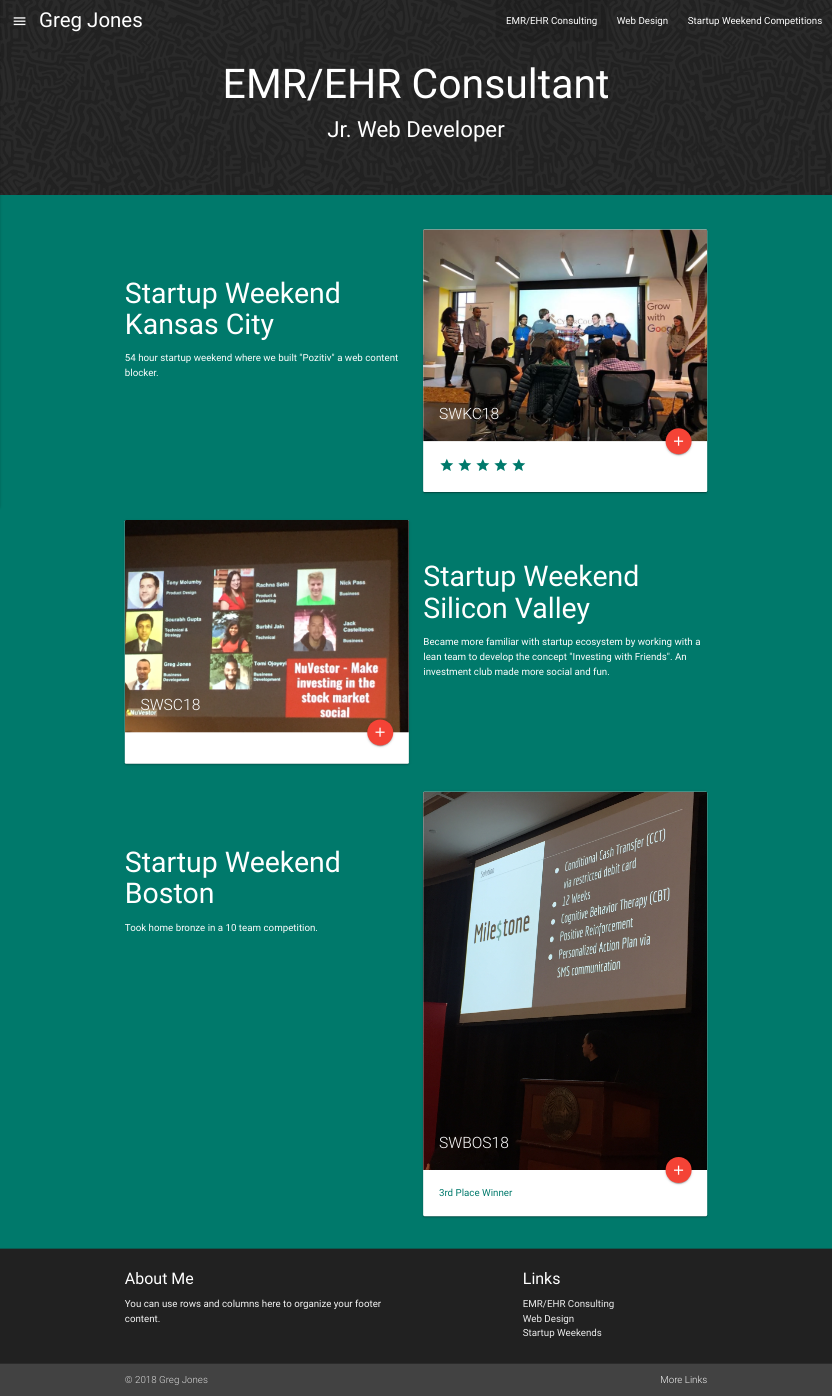
Repository: Greg919617/Existing-Portfolio
Page: sw.html
An editor plug-in stored every save of this project. The page is shown before and after the next save, followed by the edit.
The browser window is 1280 px wide. The pictures show the whole page, at 65% of full size.
Some web libraries are served in a nearby version.

Above is the page before, as saved 2018-06-26 18:15:39.

### sw.html
<!DOCTYPE html>
<html>

<head>
  <!--Import Google Icon Font-->
  <link href="https://fonts.googleapis.com/icon?family=Material+Icons" rel="stylesheet">
  <!--Import materialize.css-->
  <link type="text/css" rel="stylesheet" href="css/materialize.min.css" media="screen,projection" />
  <link type="text/css" rel="stylesheet" href="css/main.css" />

  <!--Let browser know website is optimized for mobile-->
  <meta name="viewport" content="width=device-width, initial-scale=1.0" />
  <title>Galappear</title>
</head>

<body>
  <!-- Header -->
  <header class="main-header">
    <nav class="transparent nav-wrapper z-depth-0">
      <div class="nav-wrapper">
        <a href="#" data-activates="mobile-nav" class="button-collapse show-on-large">
          <i class="material-icons">menu</i>
        </a>
        <a href="index.html" class="brand-logo">Greg Jones</a>
        <ul class="right hide-on-med-and-down">
          <li class="active">
            <a href="index.html">EMR/EHR Consulting</a>
          </li>
          <li>
            <a href="web-design.html">Web Design</a>
          </li>
          <li>
            <a href="sw.html">Startup Weekend Competitions</a>
          </li>
        </ul>
      </div>
      <ul class="side-nav" id="mobile-nav">
        <li>
          <a href="index.html">EMR/EHR Consulting</a>
        </li>
        <li>
          <a href="web-design.html">Web Design</a>
        </li>
        <li>
          <a href="sw.html">Startup Weekend Competitions</a>
        </li>
      </ul>
    </nav>
    <h1 class="center">EMR/EHR Consultant</h1>
    <h4 class="center">Jr. Web Developer</h4>
  </header>

  <!-- Section: Main -->
  <section class="section section-main">
    <div class="container">
      <!-- Row 1 -->
      <div class="row row-1">
        <div class="col m6 hide-on-small-only">
          <div class="img-content">
            <h3>Startup Weekend Kansas City</h3>
            54 hour startup weekend where we built "Pozitiv" a web content blocker.
          </div>
        </div>
        <div class="col m6">
          <div class="card">
            <div class="card-image">
              <img src="img/gallery/pozitiv.jpg" alt="">
              <span class="card-title">SWKC18</span>
              <a href="#sw1" class="btn-floating halfway-fab waves-effect waves-light red modal-trigger">
                <i class="material-icons">add</i>
              </a>
            </div>
            <div class="card-content">
              <p>
                <i class="material-icons">star</i>
                <i class="material-icons">star</i>
                <i class="material-icons">star</i>
                <i class="material-icons">star</i>
                <i class="material-icons">star</i>
              </p>
            </div>
          </div>
        </div>
      </div>

      <!-- Row 2 -->
      <div class="row row-2">
        <div class="col m6">
          <div class="card">
            <div class="card-image">
              <img src="img/gallery/nuvestor.jpg" alt="">
              <span class="card-title">SWSC18</span>
              <a href="#sw2" class="btn-floating halfway-fab waves-effect waves-light red modal-trigger">
                <i class="material-icons">add</i>
              </a>
            </div>
            <div class="card-content">
              <p>
                <!-- <i class="material-icons">star</i>
                <i class="material-icons">star</i>
                <i class="material-icons">star</i>
                <i class="material-icons">star</i>
                <i class="material-icons">star_half</i> -->
              </p>
            </div>
          </div>
        </div>
        <div class="col m6 hide-on-small-only">
          <div class="img-content">
            <h3>Startup Weekend Silicon Valley</h3>
            Became more familiar with startup ecosystem by working with a lean team to develop the concept "Investing with Friends". An investment club made more social and fun.
          </div>
        </div>
      </div>

      <!-- Row 3 -->
      <div class="row row-3">
        <div class="col m6 hide-on-small-only">
          <div class="img-content">
            <h3>Startup Weekend Boston</h3>
            Took home bronze in a 10 team competition.
          </div>
        </div>
        <div class="col m6">
          <div class="card">
            <div class="card-image">
              <img src="img/gallery/milestone-highlight.jpg" alt="">
              <span class="card-title">SWBOS18</span>
              <a href="#sw3" class="btn-floating halfway-fab waves-effect waves-light red modal-trigger">
                <i class="material-icons">add</i>
              </a>
            </div>
            <div class="card-content">
              <p>
                3rd Place Winner
              </p>
            </div>
          </div>
        </div>
      </div>
    </div>
  </section>

  <!-- Footer -->
  <footer class="page-footer">
    <div class="container">
      <div class="row">
        <div class="col l6 s12">
          <h5 class="white-text">About Me</h5>
          <p class="grey-text text-lighten-4">You can use rows and columns here to organize your footer content.</p>
        </div>
        <div class="col l4 offset-l2 s12">
          <h5 class="white-text">Links</h5>
          <ul>
            <li>
              <a class="grey-text text-lighten-3" href="index.html">EMR/EHR Consulting</a>
            </li>
            <li>
              <a class="grey-text text-lighten-3" href="logos.html">Web Design</a>
            </li>
            <li>
              <a class="grey-text text-lighten-3" href="gaming.html">Startup Weekends</a>
            </li>

          </ul>
        </div>
      </div>
    </div>
    <div class="footer-copyright">
      <div class="container">
        © 2018 Greg Jones
        <a class="grey-text text-lighten-4 right" href="#!">More Links</a>
      </div>
    </div>
  </footer>

  <!-- Modal 1 -->
  <div id="sw1" class="modal">
    <div class="modal-content">
      <h4>Pozitiv: Web Content Blocker</h4>
      <img src="img/gallery/pozitiv-cropped.jpg" alt="" class="responsive-img"> <br> I learned how to use node & python web crawlers, and create custom google chrome extensions.
    </div>
    <div class="modal-footer">
      <p>
        <!-- <i class="material-icons">star</i>
        <i class="material-icons">star</i>
        <i class="material-icons">star</i>
        <i class="material-icons">star</i>
        <i class="material-icons">star_half</i> -->
      </p>
    </div>
  </div>

  <!-- Modal 2 -->
  <div id="sw2" class="modal">
    <div class="modal-content">
      <h4>Nuvestor: Making Investing Social</h4>
      <img src="img/gallery/investing-with-friends.jpeg" alt="" class="responsive-img"> Contributions: Market Ressearch, Idea Validation, Business Model.
    </div>
    <div class="modal-footer">
      <p>
        <!-- <i class="material-icons">star</i>
        <i class="material-icons">star</i>
        <i class="material-icons">star</i>
        <i class="material-icons">star</i>
        <i class="material-icons">star</i> -->
      </p>
    </div>
  </div>

  <!-- Modal 3 -->
  <div id="sw3" class="modal">
    <div class="modal-content">
      <h4>Rendann</h4>
      <img src="img/gallery/milestone-highlight.jpg" alt="" class="responsive-img"> Mile$tone a conditional cash tranfer card for recovering drug addicts.
      Patients who overdose on opioids cost health systems between $50,000 and $90,000 to stabilize and discharge. Our solution cuts that number down significantly.
      <br>
      <br>  <a class="leftmost-link" href="https://www.northeastern.edu/nurseinnovation/miletone-3rd-place-winner-2018-hackathon/" target="_blank">Published Blog Click Here</a>
    </div>
    <div class="modal-footer">
      <p>
        <!-- <i class="material-icons">star</i>
        <i class="material-icons">star</i>
        <i class="material-icons">star</i>
        <i class="material-icons">star</i>
        <i class="material-icons">star</i> -->
      </p>
    </div>
  </div>

  <!--Import jQuery before materialize.js-->
  <script type="text/javascript" src="https://code.jquery.com/jquery-3.2.1.min.js"></script>
  <script type="text/javascript" src="js/materialize.min.js"></script>
  <script>
    $(document).ready(function () {
      // Init Sidenav
      $('.button-collapse').sideNav();

      // Init Modal
      $('.modal').modal();

      // Scrollfire
      const options = [
        {
          selector: '.row-1', offset: 50, callback: function (el) {
            Materialize.fadeInImage($(el));
          }
        },
        {
          selector: '.row-2', offset: 300, callback: function (el) {
            Materialize.fadeInImage($(el));
          }
        },
        {
          selector: '.row-3', offset: 400, callback: function (el) {
            Materialize.fadeInImage($(el));
          }
        }
      ];

      Materialize.scrollFire(options);

    });
  </script>
</body>

</html>

Loaded but not shown: css/materialize.min.css (library); css/main.css (library); js/materialize.min.js (library)

After the next save:
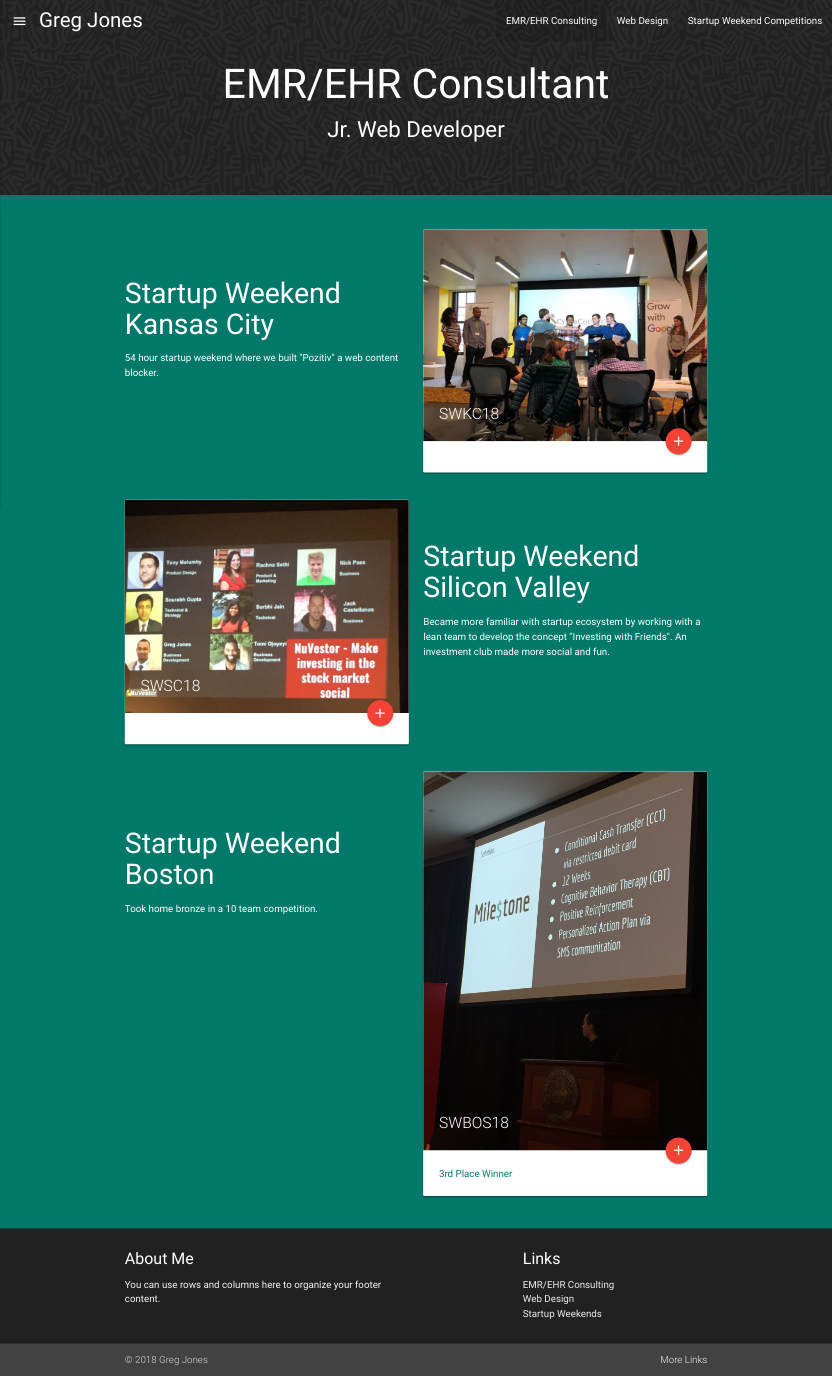
Saved 12 s later.
--- a/sw.html
+++ b/sw.html
@@ -72,11 +72,11 @@
             </div>
             <div class="card-content">
               <p>
-                <i class="material-icons">star</i>
-                <i class="material-icons">star</i>
-                <i class="material-icons">star</i>
-                <i class="material-icons">star</i>
-                <i class="material-icons">star</i>
+                <!-- <i class="material-icons">star</i>
+                <i class="material-icons">star</i>
+                <i class="material-icons">star</i>
+                <i class="material-icons">star</i>
+                <i class="material-icons">star</i> -->
               </p>
             </div>
           </div>
